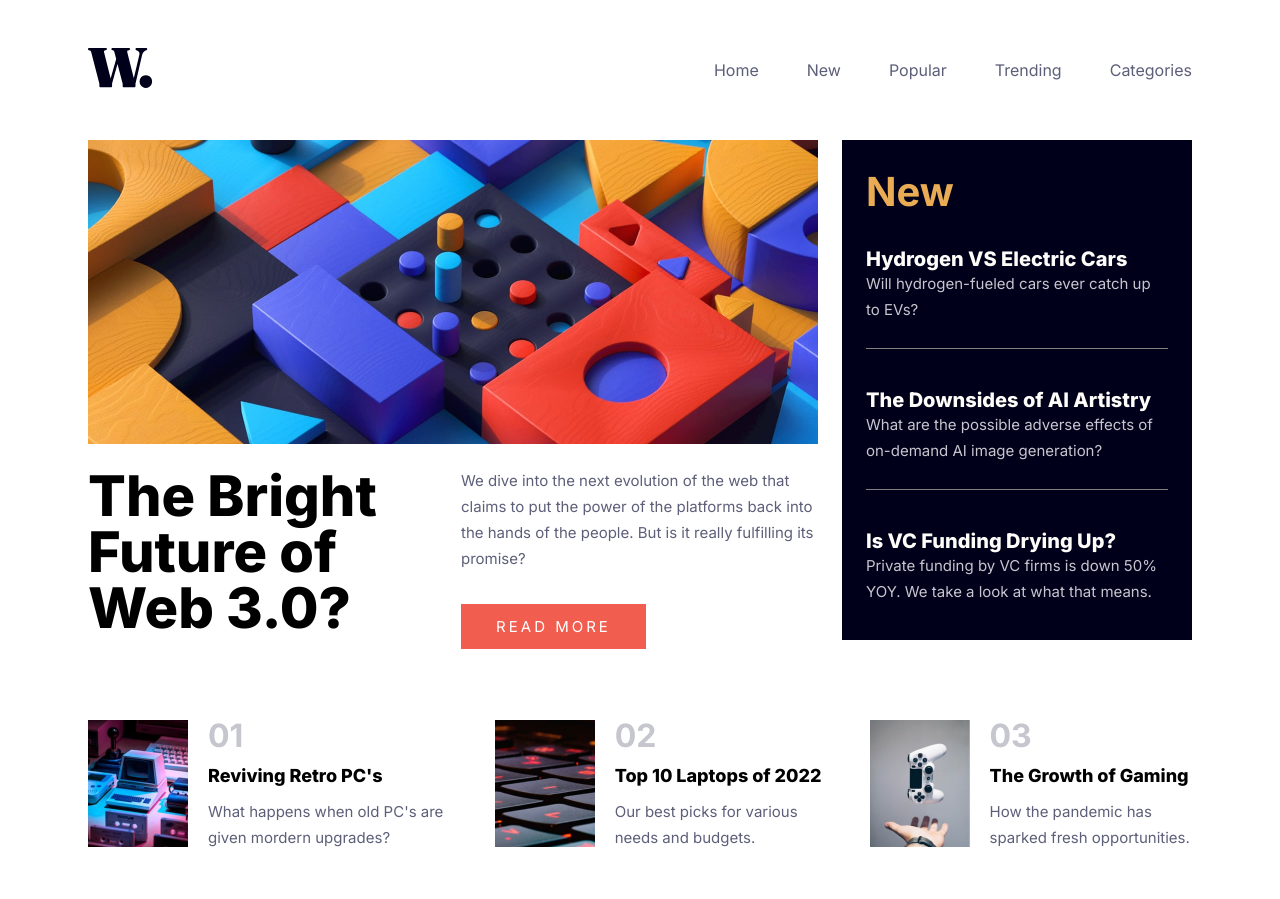
Repository: DevAntonioRogers/FrontendMentor-News-Homepage
Page: index.html
An editor plug-in stored every save of this project. The page is shown before and after the next save, followed by the edit.
The browser window is 1280 px wide. The pictures show the whole page.

Above is the page before, as saved 2023-04-22 15:51:39.

### index.html
<!DOCTYPE html>
<html lang="en">
  <head>
    <meta charset="UTF-8" />
    <meta http-equiv="X-UA-Compatible" content="IE=edge" />
    <meta name="viewport" content="width=device-width, initial-scale=1.0" />
    <link rel="stylesheet" href="styles.css" />
    <title>Document</title>
  </head>
  <body>
    <nav>
      <div class="logo">
        <img src="./assets/logo.svg" alt="logo" />
      </div>
      <ul class="nav-menu">
        <li>Home</li>
        <li>New</li>
        <li>Popular</li>
        <li>Trending</li>
        <li>Categories</li>
      </ul>
      <div class="mobile-icons">
        <img src="./assets/icon-menu.svg" alt="" />
        <img src="./assets/icon-menu-close.svg" alt="" />
      </div>
    </nav>

    <section class="hero">
      <div class="left">
        <picture>
          <source srcset="assets/image-web-3-mobile.jpg" media="(max-width: 768px)" />
          <img src="assets/image-web-3-desktop.jpg" alt="banner" />
        </picture>
        <article class="hero-article">
          <div class="hero-article-left">
            <h1>The Bright Future of Web 3.0?</h1>
          </div>
          <div class="hero-article-right">
            <div>
              <p>
                We dive into the next evolution of the web that claims to put the power of the platforms back into the
                hands of the people. But is it really fulfilling its promise?
              </p>
              <button>Read More</button>
            </div>
          </div>
        </article>
      </div>
      <div class="right">
        <h1>New</h1>

        <div>
          <h3>Hydrogen VS Electric Cars</h3>
          <p>Will hydrogen-fueled cars ever catch up to EVs?</p>
        </div>

        <div>
          <h3>The Downsides of AI Artistry</h3>
          <p>What are the possible adverse effects of on-demand AI image generation?</p>
        </div>

        <div>
          <h3>Is VC Funding Drying Up?</h3>
          <p>Private funding by VC firms is down 50% YOY. We take a look at what that means.</p>
        </div>
      </div>
    </section>

    <section class="articles">
      <article>
        <div class="article-image">
          <img src="/assets/image-retro-pcs.jpg" alt="" />
        </div>
        <div class="article-info">
          <h1>01</h1>
          <h3>Reviving Retro PC's</h3>
          <p>What happens when old PC's are given mordern upgrades?</p>
        </div>
      </article>

      <article>
        <div class="article-image">
          <img src="/assets/image-top-laptops.jpg" alt="" />
        </div>
        <div class="article-info">
          <h1>02</h1>
          <h3>Top 10 Laptops of 2022</h3>
          <p>Our best picks for various needs and budgets.</p>
        </div>
      </article>

      <article>
        <div class="article-image">
          <img src="/assets/image-gaming-growth.jpg" alt="" />
        </div>
        <div class="article-info">
          <h1>03</h1>
          <h3>The Growth of Gaming</h3>
          <p>How the pandemic has sparked fresh opportunities.</p>
        </div>
      </article>
    </section>
  </body>
</html>

### styles.css
@import url('https://fonts.googleapis.com/css2?family=Inter:wght@400;700;800&display=swap');

*{
  box-sizing: border-box;
  margin: 0;
  padding: 0;
  font-family: 'Inter', sans-serif;
}

/* img{
  width: 100%;
  height: 100%;
} */

body{
  max-width: 1200px;
  margin: auto;
  padding: 3rem;
}

a{
  text-decoration: none;
}

li{
  list-style: none;
}

/* NAVBAR STYLES */

nav{
  display: flex;
  justify-content: space-between;
  align-items: center;
}

.nav-menu{
  display: flex;
  gap: 3rem;
}

.nav-menu{
  color: hsl(236, 13%, 42%);
}

.mobile-icons{
  display: none;
}

/* HERO STYLES */

.hero{
  display: flex;
  justify-content: center;
  gap: 1.5rem;
  margin-top: 3rem;
  max-height: 500px;
}

.left{
  display: flex;
  flex-direction: column;
}

.left img{
  max-width: 100%;
  height: 100%;
}

.hero-article{
  display: grid;
  grid-template-columns: 1fr 1fr;
  margin-top: 1.5rem;
  gap: 1rem;
  height: auto
}

.hero-article h1{
  font-weight: 800;
  font-size: 56px;
  line-height: 56px;
}



.hero-article button{
  color: white;
  background-color: hsl(5, 85%, 63%);
  width: 185px;
  padding: 0.8rem;
  font-size: 15px;
  letter-spacing: 3px;
  text-transform: uppercase;
  border: none;
}


.hero-article p{
  font-weight: 400;
  font-size: 15px;
  line-height: 26px;
  color: hsl(236, 13%, 42%);
  margin-bottom: 2rem;
}

.hero-article-right div{
  display: flex;
  flex-direction: column;
}


.right{
  background-color: hsl(240, 100%, 5%);
  color: white;
  padding: 2rem 1.5rem;
  display: flex;
  flex-direction: column;
  gap: 2rem;
  min-width: 350px;
}

.right h1{
  font-size: 40px;
  color: hsl(35, 77%, 62%);
  line-height: 40px;
  font-weight: 700;
}

.right h3 {
  font-weight: 800;
  font-size: 20px;
  line-height: 24px;
  color: hsl(36, 100%, 99%);
}

.right p{
  font-weight: 400;
  font-size: 15px;
  line-height: 26px;
  color: hsl(233, 8%, 79%);
}

.right div{
  margin: auto;
  border-bottom: solid 1px grey;
  padding-bottom: 25px;
}

.right div:nth-child(4){
  border: none;
  padding-bottom: 0;
}


/* ARTICLE STYLES */

.articles{
  display: flex;
  justify-content: space-between;
  width: 100%;
  margin-top: 5rem;
  gap: 3rem;
}

.articles img{
  width: 100px;
}

.articles article {
  display: flex;
  gap: 20px;
}

.article-info{
  display: flex;
  flex-direction: column;
  justify-content: space-between;
}
.article-info h1{
  font-weight: 700;
  font-size: 32px;
  line-height: 32px;
  color: hsl(233, 8%, 79%)
}

.article-info h3{
  font-weight: 800;
  font-size: 18px;
  line-height: 24px;
  white-space: nowrap;
}

.article-info p {
  font-weight: 400;
  font-size: 15px;
  line-height: 26px;
  color: hsl(236, 13%, 42%);
}

After the next save:
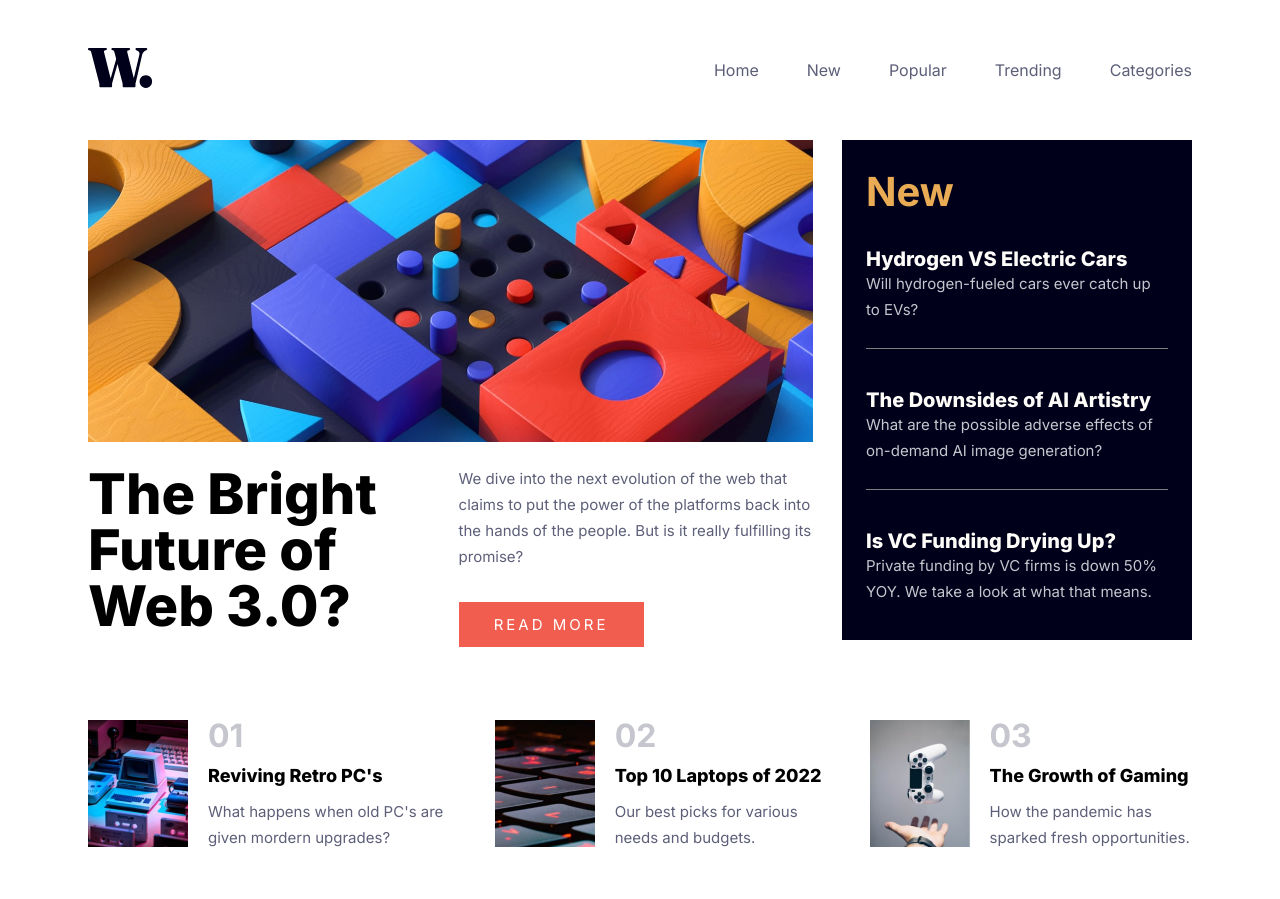
Saved 8 s later.
--- a/styles.css
+++ b/styles.css
@@ -52,7 +52,7 @@ nav{
 .hero{
   display: flex;
   justify-content: center;
-  gap: 1.5rem;
+  gap: 1.8rem;
   margin-top: 3rem;
   max-height: 500px;
 }
